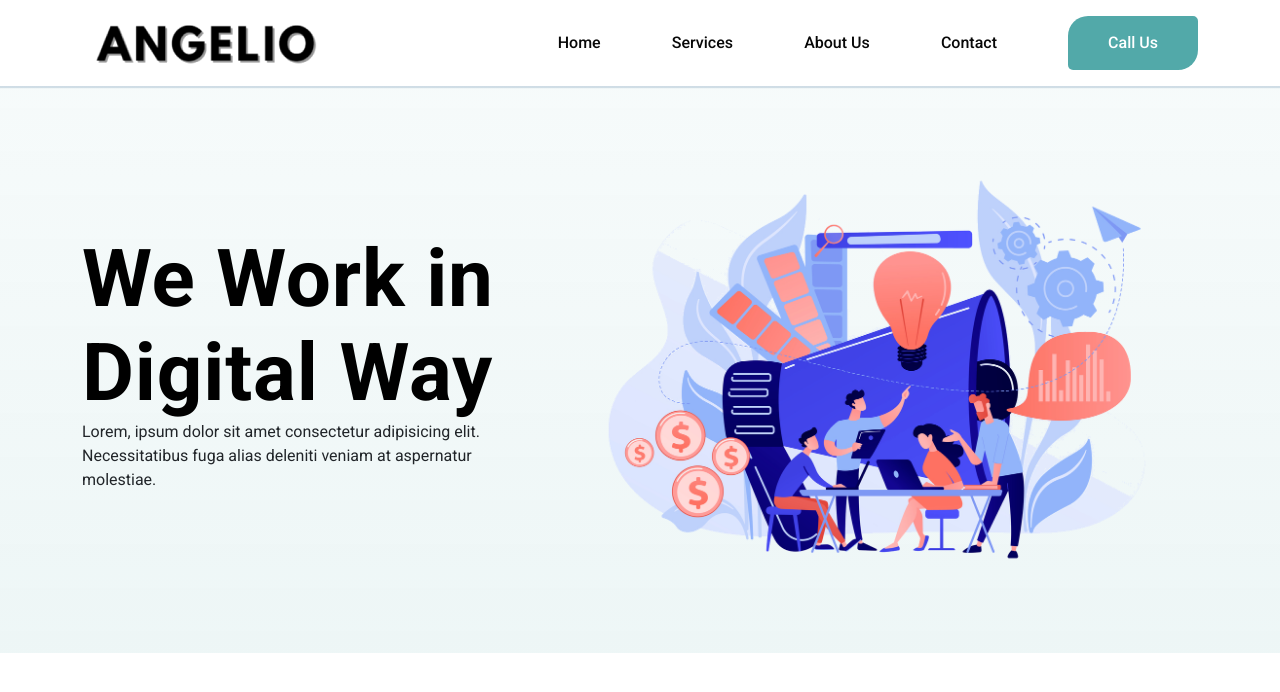
Repository: nazmulalok/landing-page-angelio
Page: index.html
An editor plug-in stored every save of this project. The page is shown before and after the next save, followed by the edit.
The browser window is 1280 px wide. The pictures show the whole page.

Above is the page before, as saved 2022-09-04 16:37:31.

### index.html
<!DOCTYPE html>
<html lang="en">

    <head>
        <meta charset="UTF-8">
        <meta http-equiv="X-UA-Compatible" content="IE=edge">
        <meta name="viewport" content="width=device-width, initial-scale=1.0">
        <title>Landing Page</title>
        <link rel="preconnect" href="https://fonts.googleapis.com">
        <link rel="preconnect" href="https://fonts.gstatic.com" crossorigin>
        <link
            href="https://fonts.googleapis.com/css2?family=Roboto:ital,wght@0,300;0,400;0,500;0,700;0,900;1,300;1,400;1,500;1,700;1,900&display=swap"
            rel="stylesheet">
        <link href="https://cdn.jsdelivr.net/npm/bootstrap@5.2.0/dist/css/bootstrap.min.css" rel="stylesheet"
            integrity="sha384-gH2yIJqKdNHPEq0n4Mqa/HGKIhSkIHeL5AyhkYV8i59U5AR6csBvApHHNl/vI1Bx" crossorigin="anonymous">
        <link rel="stylesheet" href="style.css">
    </head>

    <body>
        <header>
            <nav>
                <div class="container">
                    <div class="row align-items-center">
                        <div class="col-lg-5">
                            <div class="logo">
                                <a href="/"><img src="images/angelio-logo.png" alt="Angelio Logo" width="250"
                                        height="66"></a>
                            </div>
                        </div>
                        <div class="col-lg-7 d-flex justify-content-end">
                            <ul>
                                <li><a href="/">Home</a></li>
                                <li><a href="/services.html">Services</a></li>
                                <li><a href="/about-us.html">About Us</a></li>
                                <li><a href="/contact.html">Contact</a></li>
                                <li class="nav-cta"><a href="tel:000-000-0000">Call Us</a></li>
                            </ul>
                        </div>
                    </div>
                </div>
            </nav>
        </header>
        <section class="sec-padding banner-sec">
            <div class="container">
                <div class="row align-items-center">
                    <div class="col-lg-7 order-lg-last">
                        <img src="/images/angelio-digital-marketing.png" alt="">
                    </div>
                    <div class="col-lg-5">
                        <div class="large-heading">We Work in Digital Way</div>
                        <p>Lorem, ipsum dolor sit amet consectetur adipisicing elit. Necessitatibus fuga alias deleniti
                            veniam at aspernatur molestiae.</p>
                    </div>
                </div>
            </div>
        </section>


        <script src="https://cdn.jsdelivr.net/npm/bootstrap@5.2.0/dist/js/bootstrap.bundle.min.js"
            integrity="sha384-A3rJD856KowSb7dwlZdYEkO39Gagi7vIsF0jrRAoQmDKKtQBHUuLZ9AsSv4jD4Xa"
            crossorigin="anonymous"></script>
    </body>

</html>

### style.css
body {
    font-family: 'Roboto', sans-serif;
}

nav {
    padding: 10px 0px;
    box-shadow: 0 1px 1px 1px #14477e2b;
}

nav ul {
    list-style-type: none;
    display: flex;
    justify-content: flex-end;
    margin: 0;
    padding: 0;
    align-items: center;
    gap: 20%;
    white-space: nowrap;
}

nav ul li a {
    color: #080808;
    text-decoration: none;
    display: block;
    position: relative;
    font-weight: 500;
}

nav ul li a:hover {
    color: #52a9a9;
}

li.nav-cta a {
    background: #008080ad;
    padding: 15px 40px;
    color: #fff;
    border-radius: 20px 5px;
    transition: all 0.3s ease;
}

li.nav-cta a:hover {
    background: #008080;
    color: #fff;
    border-radius: 5px 20px;
    transition: all 0.3s ease;
}

li.nav-cta a:before {
    content: "";
    width: 0%;
    height: 0px;
    position: absolute;
    left: 0;
    bottom: 0;
    transition: none;
    transform: none;
    background: none;
    transform-origin: 0%;
}

li.nav-cta a:hover:before {
    transform: none;
    transform-origin: 0%;
}

nav ul li a:before {
    content: "";
    width: 100%;
    height: 2px;
    position: absolute;
    left: 0;
    bottom: 0;
    transition: 0.4s transform ease;
    transform: scale3d(0, 1, 1);
    background: #52a9a9;
    transform-origin: 100% 50%;
}

nav ul li a:hover::before {
    transform: scale3d(1, 1, 1);
    transform-origin: 0 50%;
}

.sec-padding {
    padding: 70px 0px;
}

.banner-sec {
    background-image: linear-gradient(rgb(82 169 169 / 5%), rgb(82 169 169 / 10%));
    background-size: cover;
    background-position: center;
}

.banner-sec img {
    width: 100%;
}

.large-heading {
    font-size: 80px;
    color: #000;
    font-weight: 600;
    letter-spacing: 0.8px;
    line-height: normal;
}

After the next save:
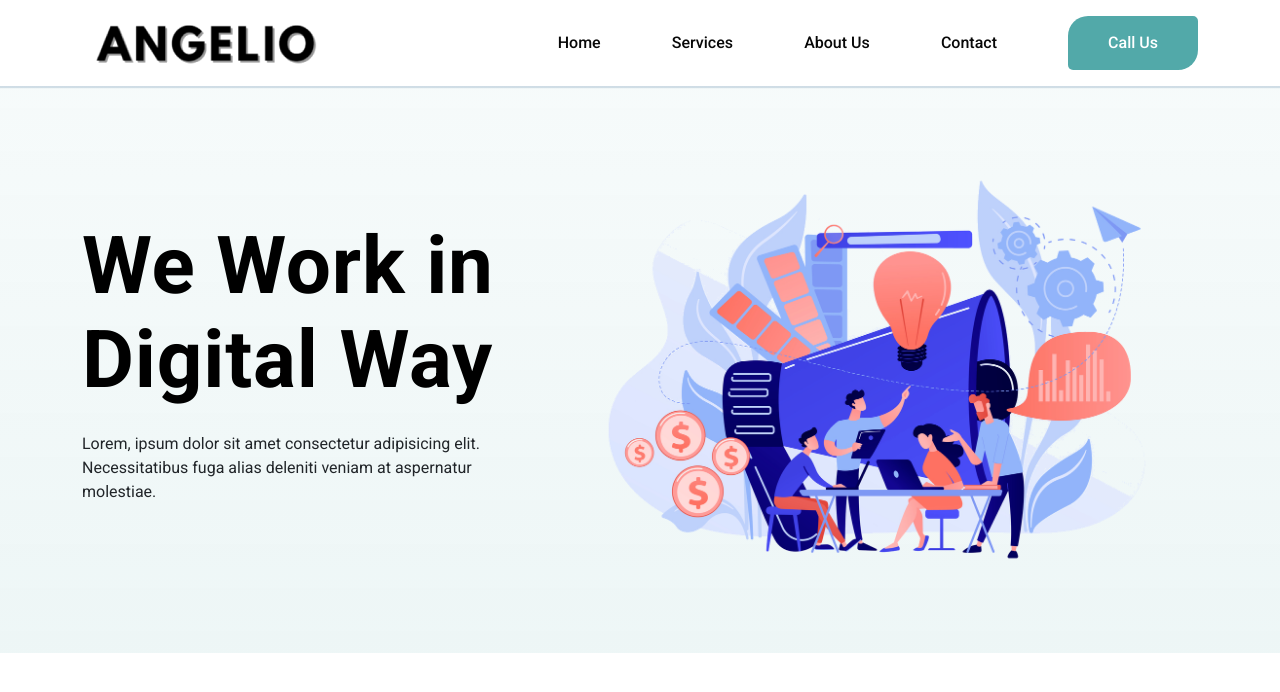
Saved 39 s later.
--- a/style.css
+++ b/style.css
@@ -101,4 +101,5 @@ nav ul li a:hover::before {
     font-weight: 600;
     letter-spacing: 0.8px;
     line-height: normal;
+    margin-bottom: 25px;
 }
